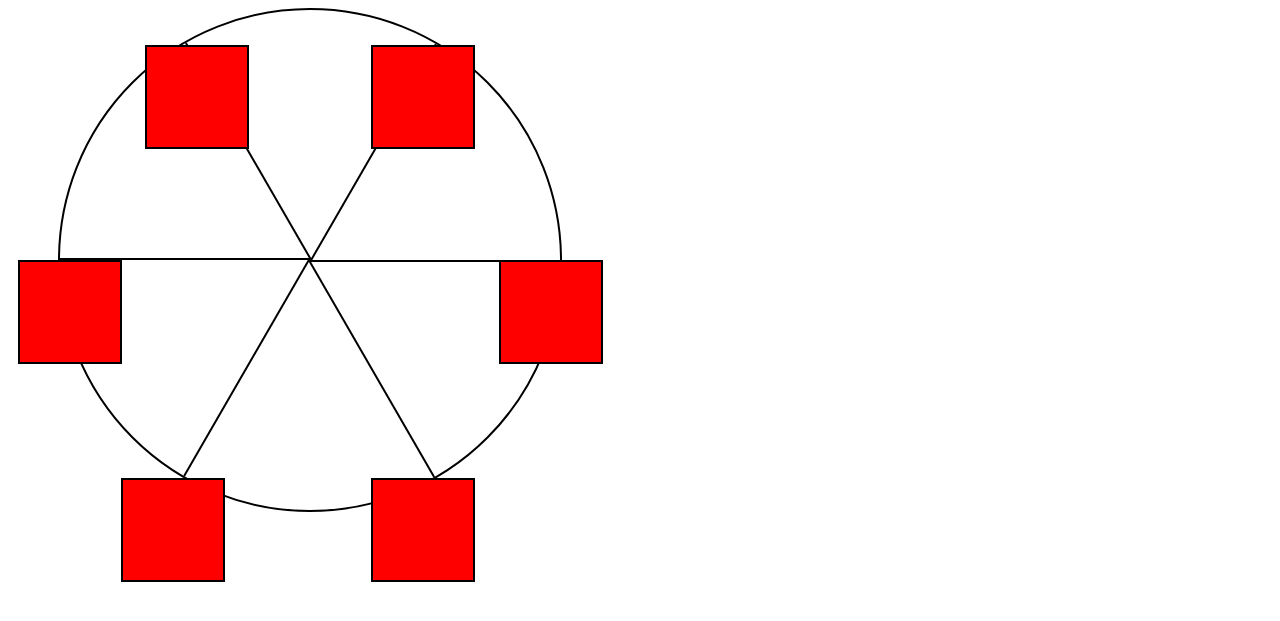
Repository: Lungdjos/ferris_wheel
Page: index.html
The author's editor kept a copy of each file at every save. The page is drawn from the files as they stood at one save, then again after a run of saves.
The browser window is 1280 px wide. The pictures show the whole page.

Above is the page before, as saved 2024-01-11 09:25:30.

### index.html
<!DOCTYPE html>
<html lang="en">

<head>
    <meta charset="UTF-8">
    <meta name="viewport" content="width=device-width, initial-scale=1.0">
    <title>Ferris Wheel</title>
    <link rel="stylesheet" href="./styles.css">
</head>

<body>
    <div class="wheel">
        <span class="line"></span>
        <span class="line"></span>
        <span class="line"></span>
        <span class="line"></span>
        <span class="line"></span>
        <span class="line"></span>
        <div class="cabin"></div>
        <div class="cabin"></div>
        <div class="cabin"></div>
        <div class="cabin"></div>
        <div class="cabin"></div>
        <div class="cabin"></div>
    </div>

</body>

</html>

### styles.css
/* styling for the wheel */

.wheel {
    border: 2px solid black;
    border-radius: 50%;
    margin-left: 50px;
    position: absolute;
    height: 55vw;
    width: 55vw;
    max-width: 500px;
    max-height: 500px;
}


/* styling for the line */

.line {
    background-color: black;
    height: 2px;
    width: 50%;
    top: 50%;
    left: 50%;
    position: absolute;
    transform-origin: 0% 0%;
}

.line:nth-of-type(2) {
    transform: rotate(60deg);
}

.line:nth-of-type(3) {
    transform: rotate(120deg);
}

.line:nth-of-type(4) {
    transform: rotate(180deg);
}

.line:nth-of-type(5) {
    transform: rotate(240deg);
}

.line:nth-of-type(6) {
    transform: rotate(-60deg);
}


/* styling for the cabin */

.cabin {
    background-color: red;
    width: 20%;
    height: 20%;
    border: 2px solid;
    position: absolute;
    transform-origin: 50% 0%;
}

.cabin:nth-of-type(1) {
    right: -8.5%;
    top: 50%;
}

.cabin:nth-of-type(2) {
    right: 17%;
    top: 93.5%;
    background-color:
}

.cabin:nth-of-type(3) {
    right: 67%;
    top: 93.5%;
}

.cabin:nth-of-type(4) {
    left: -8.5%;
    top: 50%;
}

.cabin:nth-of-type(5) {
    left: 17%;
    top: 7%;
}

.cabin:nth-of-type(6) {
    right: 17%;
    top: 7%;
}

After the next 2 saves:
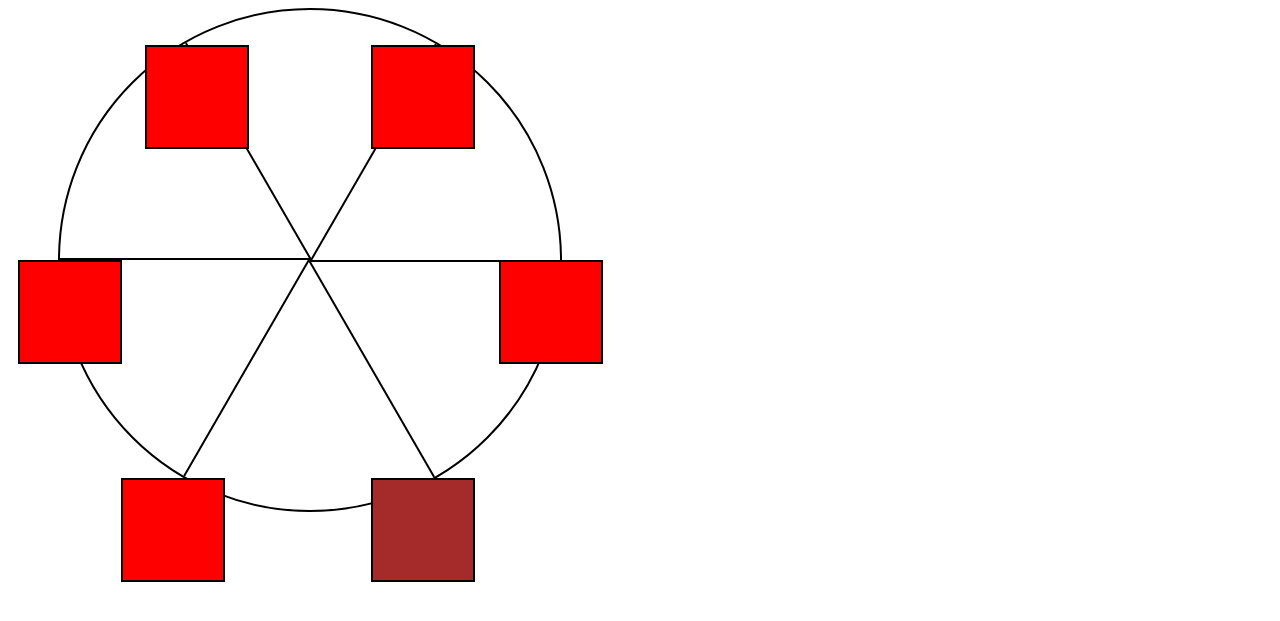
The 2 saves are shown as one change because they came seconds apart.
The last was saved 8 s later.
--- a/styles.css
+++ b/styles.css
@@ -64,7 +64,7 @@
 .cabin:nth-of-type(2) {
     right: 17%;
     top: 93.5%;
-    background-color:
+    background-color: brown;
 }
 
 .cabin:nth-of-type(3) {
